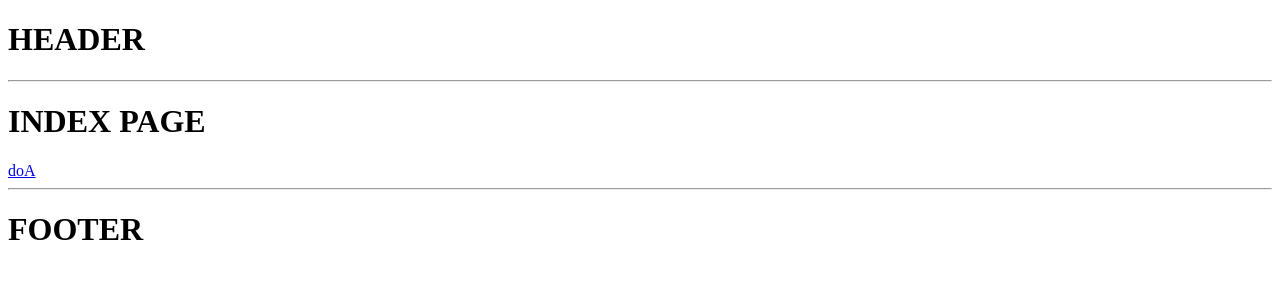
Repository: gitgw016/spring
Page: http://localhost/mvc_part02_controller/
The author's editor kept a copy of each file at every save. The page is drawn from the files as they stood at one save, then again after the next save.
The browser window is 1280 px wide. The pictures show the whole page.
The page is served by Tomcat 9.

Above is the page before, as saved 2022-01-11 05:21:01.

After the next save:
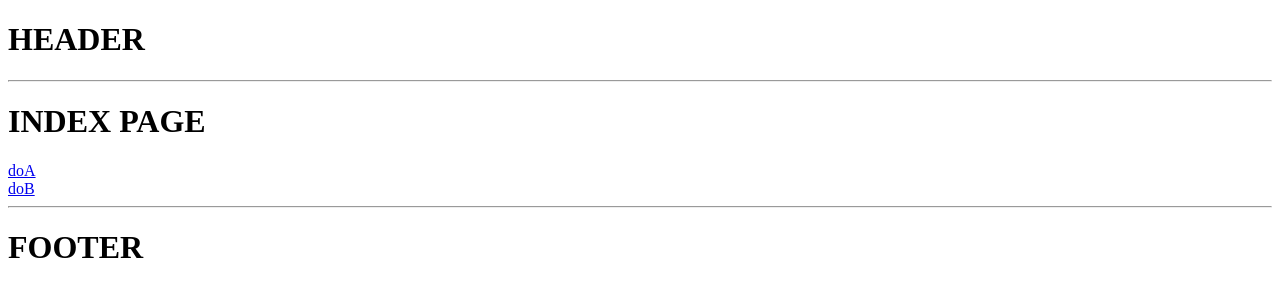
Saved 110 s later.
--- a/mvc_part02_controller/src/main/webapp/index.jsp
+++ b/mvc_part02_controller/src/main/webapp/index.jsp
@@ -3,6 +3,7 @@
 <jsp:include page="WEB-INF/views/common/header.jsp"/>
 	<h1>INDEX PAGE</h1>
 	<a href="doA">doA</a> <br/>
+	<a href="doB">doB</a> <br/>
 <jsp:include page="WEB-INF/views/common/footer.jsp"/>
 </body>
 </html>
